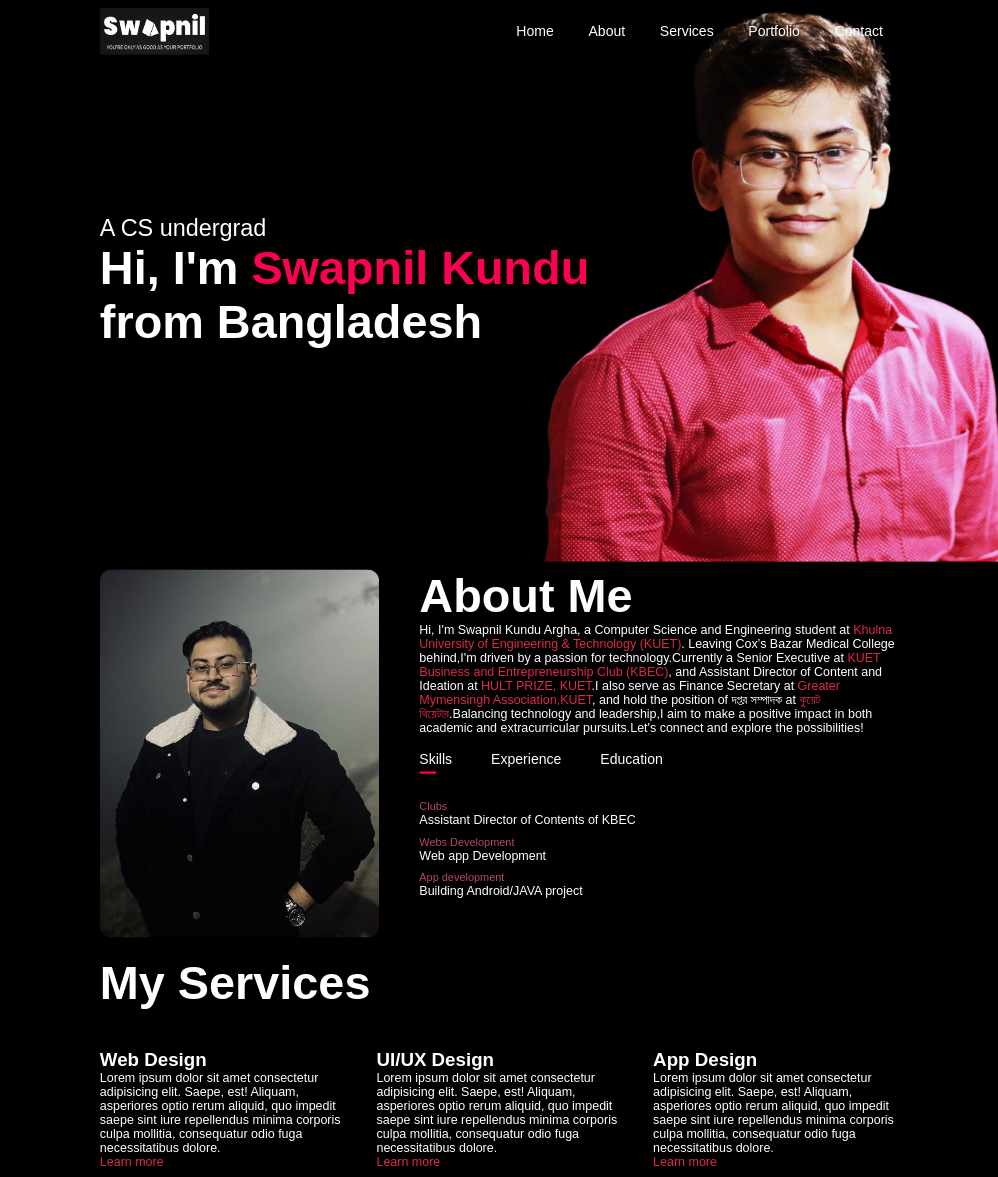
Repository: SwapnilKundu/portfolio
Page: index.html
An editor plug-in stored every save of this project. The page is shown before and after the next save, followed by the edit.
The browser window is 1280 px wide. The pictures show the whole page, at 78% of full size.

Above is the page before, as saved 2024-01-20 00:57:11.

After the next save:
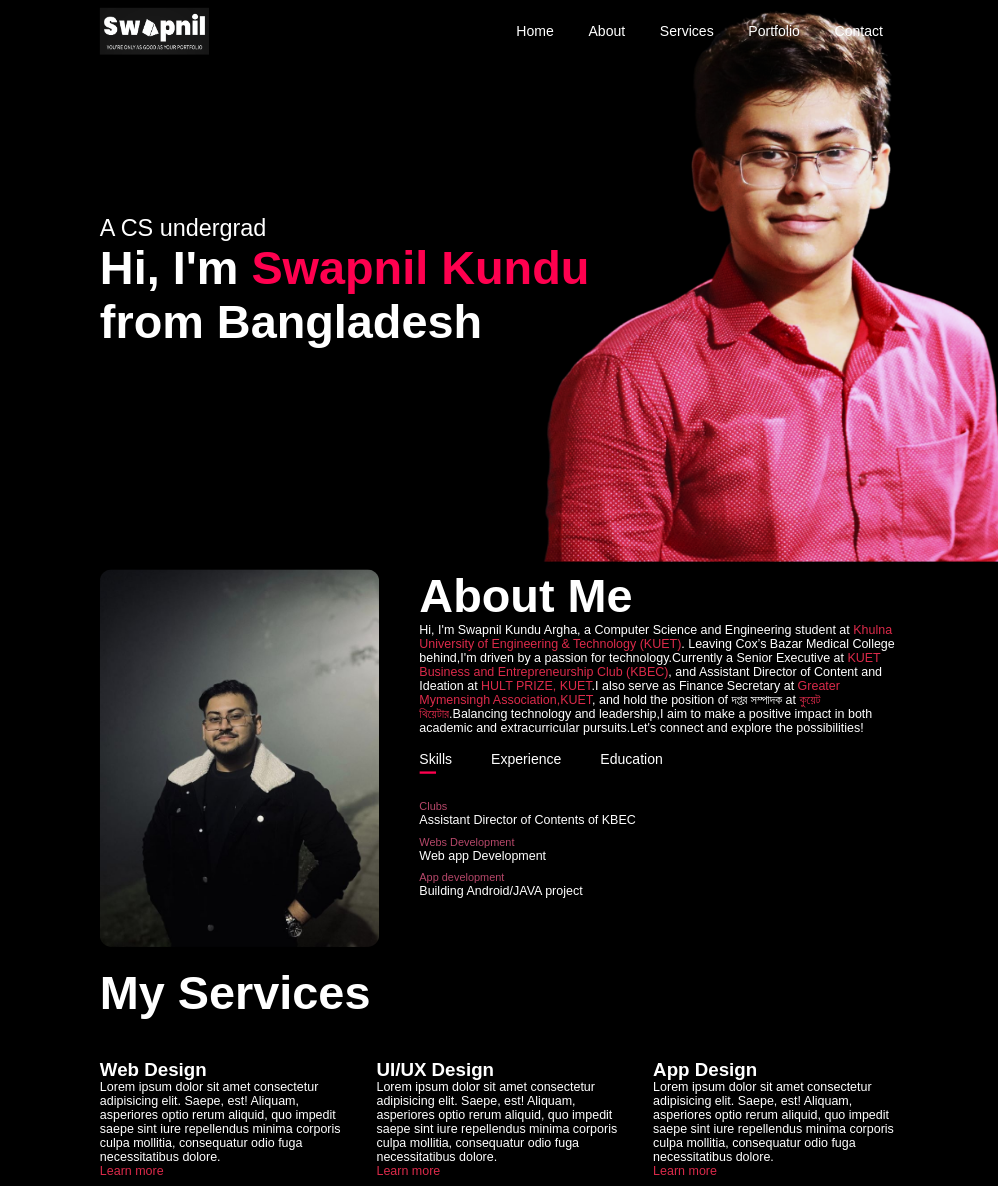
Saved 94 s later.
--- a/index.html
+++ b/index.html
@@ -29,7 +29,7 @@
     <div class="container">
         <div class="row">
             <div class="about-col-1">
-                <img src="images/Aboutme3.jpg" alt="Profile Image">
+                <img src="images/Aboutme4.jpg" alt="Profile Image">
             </div>
             <div class="about-col-2">
                 <h1 class="sub-title">About Me</h1>
